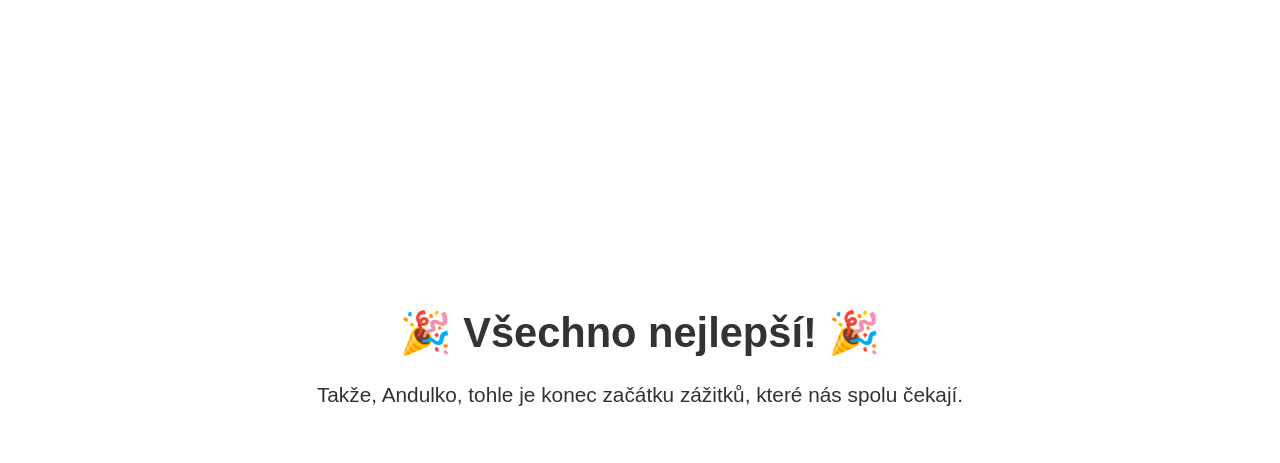
Repository: DanielMicka/darek
Page: html/pranicko.html
The author's editor kept a copy of each file at every save. The page is drawn from the files as they stood at one save, then again after the next save.
The browser window is 1280 px wide. The pictures show the whole page.

Above is the page before, as saved 2026-06-13 20:34:57.

After the next save:
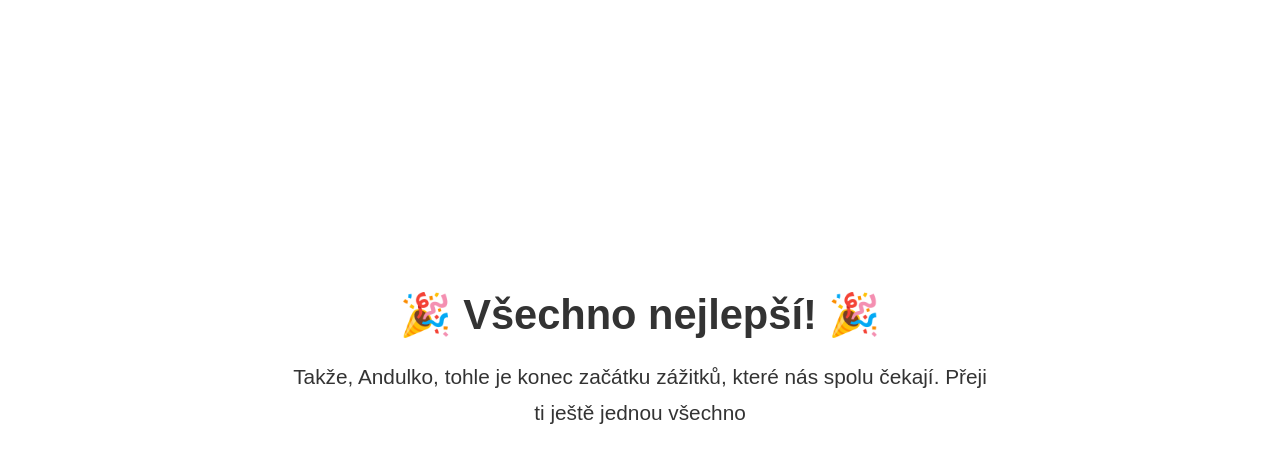
Saved 11 s later.
--- a/html/pranicko.html
+++ b/html/pranicko.html
@@ -26,4 +26,4 @@
     <h1>🎉 Všechno nejlepší! 🎉</h1>
 
     <p class="wish-text">
-        Takže, Andulko, tohle je konec začátku zážitků, které nás spolu čekají.
+        Takže, Andulko, tohle je konec začátku zážitků, které nás spolu čekají. Přeji ti ještě jednou všechno
